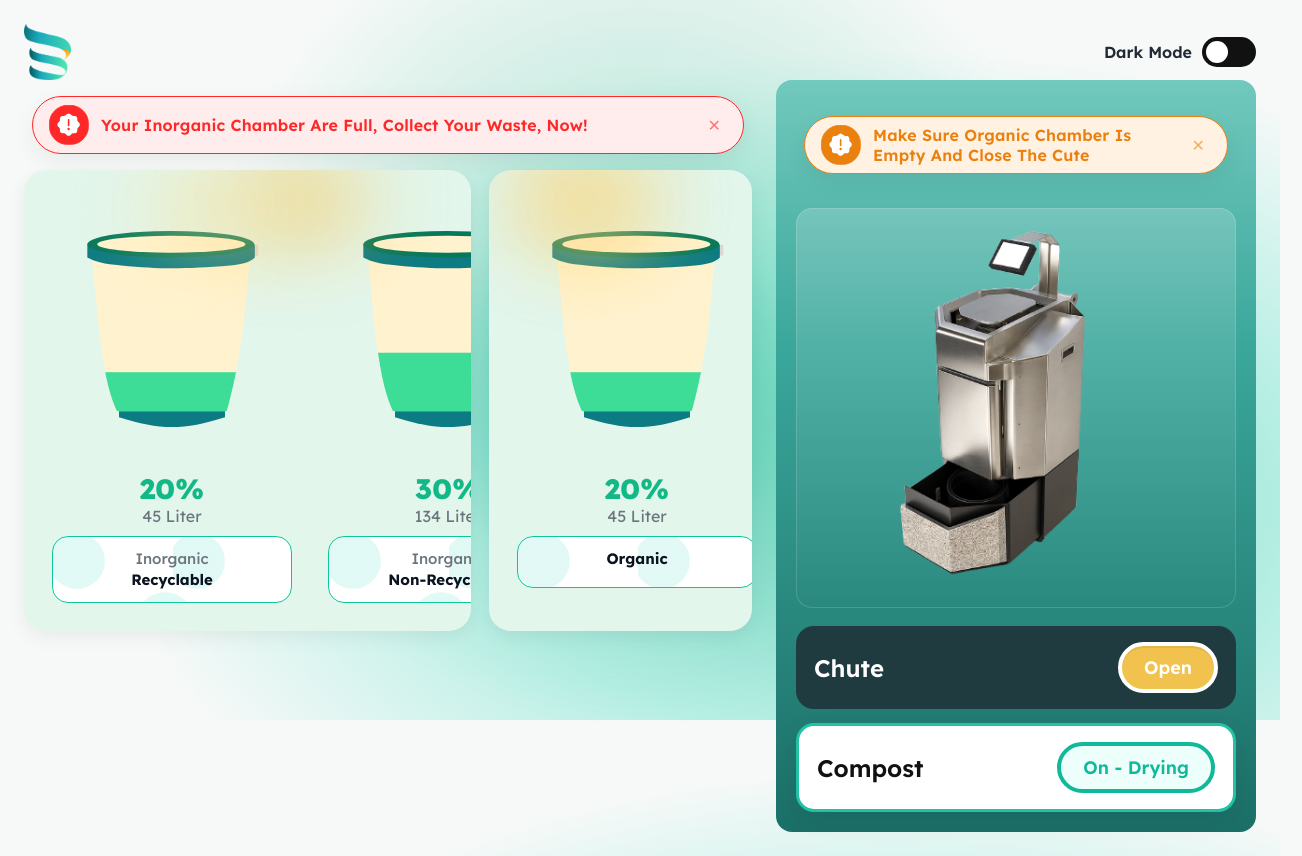
Repository: william-saputra/nusabin
Page: pages/homepage.html
The author's editor kept a copy of each file at every save. The page is drawn from the files as they stood at one save, then again after the next save.
The browser window is 1280 px wide. The page is 1302 px wide, so the pictures cover 1302 px, including what lies to the right of the window. The pictures show the whole page.
Backgrounds fixed to the window are drawn as part of the page.

Above is the page before, as saved 2025-08-13 00:07:12.

### pages/homepage.html
<!DOCTYPE html>
<html lang="en">
  <head>
    <meta charset="UTF-8" />
    <meta name="viewport" content="width=device-width, initial-scale=1.0" />
    <title>Nusabin – Homepage</title>
    <link rel="preconnect" href="https://fonts.googleapis.com" />
    <link rel="preconnect" href="https://fonts.gstatic.com" crossorigin />
    <link href="https://fonts.googleapis.com/css2?family=Lexend:wght@400;500;600;700;800&family=Inter:wght@400;500;600;700;800&display=swap" rel="stylesheet" />
    <link rel="stylesheet" href="../styles/base.css" />
    <link rel="stylesheet" href="../styles/pages/homepage.css" />
  </head>
  <body>
    <div class="homepage no-nav">
      <header class="topbar no-nav">
        <img src="../assets/images/green_logo.png" alt="Nusabin" class="logo no-nav" />
        <div class="spacer no-nav"></div>
        <div class="theme-toggle no-nav">
          <span class="label no-nav">Dark Mode</span>
          <label class="switch no-nav">
            <input id="dark-toggle" class="no-nav" type="checkbox" />
            <span class="slider round no-nav"></span>
          </label>
        </div>
      </header>

      <main class="layout">
        <div class="left-col">
          <section class="alerts no-nav">
            <div class="alert pill no-nav" data-variant="danger" data-alert-id="left-alert">
              <img class="alert-icon" src="../assets/icons/red_alert.svg" alt="alert" width="40" height="40" />
              <div class="text no-nav">Your Inorganic Chamber Are Full, Collect Your Waste, Now!</div>
              <button class="close no-nav" data-dismiss>
                <span class="no-nav">&#10005;</span>
              </button>
            </div>
          </section>
          <div class="left-grid clickable-area" data-navigate>
          <div class="card card-buckets">
            <div class="bucket-group">
              <div class="bucket-item" data-id="inorganic_recyclable">
                <svg class="bucket-svg" viewBox="0 0 197 216" aria-labelledby="title-ir" role="img">
                  <title id="title-ir">Inorganic Recyclable</title>
                  <defs>
                    <clipPath id="cupShape-inorganic_recyclable">
                      <path d="M53.3367 175.048C43.8761 154.841 39.492 126.346 33.0561 49.7143L162.041 52.148C157.42 108.314 153.879 136.877 143.383 175.048C107.592 183.612 87.9058 183.201 53.3367 175.048Z" />
                    </clipPath>
                  </defs>
                  <path d="M53.3367 175.048C43.8761 154.841 39.492 126.346 33.0561 49.7143L162.041 52.148C157.42 108.314 153.879 136.877 143.383 175.048C107.592 183.612 87.9058 183.201 53.3367 175.048Z" fill="#FFF3CF" />
                  <rect id="cupFill-inorganic_recyclable" x="0" y="175" width="197" height="0" clip-path="url(#cupShape-inorganic_recyclable)" />
                  <path d="M55 179.937V175H142V179.937C107.725 190.783 88.6686 190.592 55 179.937Z" fill="#0C7B83" />
                  <rect x="166.097" y="38.3571" width="3.2449" height="8.92347" fill="#D9D9D9" />
                  <path d="M29 48.9031V38.3571H166.503V48.9031C162.244 52.8888 157.731 54.2809 146.222 55.3929C109.605 58.2432 89.8065 58.6723 56.9872 55.3929C42.0852 54.0832 36.1288 52.6188 29 48.9031Z" fill="#0C7B83" />
                  <ellipse cx="97.5485" cy="37.9515" rx="68.5485" ry="10.9515" fill="#08785B" />
                  <ellipse cx="97.9541" cy="37.9515" rx="60.8418" ry="6.89541" fill="#FFF3CF" />
                </svg>
                <div class="bucket-metrics">
                  <div class="percent" data-percent>0%</div>
                  <div class="liter" data-liter>0 Liter</div>
                </div>
                <div class="chip chip-2line"><span>Inorganic</span><strong>Recyclable</strong></div>
              </div>

              <div class="bucket-item" data-id="inorganic_non_recyclable">
                <svg class="bucket-svg" viewBox="0 0 197 216" aria-labelledby="title-inr" role="img">
                  <title id="title-inr">Inorganic <br>Non-Recyclable</title>
                  <defs>
                    <clipPath id="cupShape-inorganic_non_recyclable">
                      <path d="M53.3367 175.048C43.8761 154.841 39.492 126.346 33.0561 49.7143L162.041 52.148C157.42 108.314 153.879 136.877 143.383 175.048C107.592 183.612 87.9058 183.201 53.3367 175.048Z" />
                    </clipPath>
                  </defs>
                  <path d="M53.3367 175.048C43.8761 154.841 39.492 126.346 33.0561 49.7143L162.041 52.148C157.42 108.314 153.879 136.877 143.383 175.048C107.592 183.612 87.9058 183.201 53.3367 175.048Z" fill="#FFF3CF" />
                  <rect id="cupFill-inorganic_non_recyclable" x="0" y="175" width="197" height="0" clip-path="url(#cupShape-inorganic_non_recyclable)" />
                  <path d="M55 179.937V175H142V179.937C107.725 190.783 88.6686 190.592 55 179.937Z" fill="#0C7B83" />
                  <rect x="166.097" y="38.3571" width="3.2449" height="8.92347" fill="#D9D9D9" />
                  <path d="M29 48.9031V38.3571H166.503V48.9031C162.244 52.8888 157.731 54.2809 146.222 55.3929C109.605 58.2432 89.8065 58.6723 56.9872 55.3929C42.0852 54.0832 36.1288 52.6188 29 48.9031Z" fill="#0C7B83" />
                  <ellipse cx="97.5485" cy="37.9515" rx="68.5485" ry="10.9515" fill="#08785B" />
                  <ellipse cx="97.9541" cy="37.9515" rx="60.8418" ry="6.89541" fill="#FFF3CF" />
                </svg>
                <div class="bucket-metrics">
                  <div class="percent" data-percent>0%</div>
                  <div class="liter" data-liter>0 Liter</div>
                </div>
                <div class="chip chip-2line"><span>Inorganic</span><strong>Non-Recyclable</strong></div>
              </div>
            </div>
          </div>

          <div class="card card-bucket-single">
            <div class="bucket-item" data-id="organic">
              <svg class="bucket-svg" viewBox="0 0 197 216" aria-labelledby="title-org" role="img">
                <title id="title-org">Organic</title>
                <defs>
                  <clipPath id="cupShape-organic">
                    <path d="M53.3367 175.048C43.8761 154.841 39.492 126.346 33.0561 49.7143L162.041 52.148C157.42 108.314 153.879 136.877 143.383 175.048C107.592 183.612 87.9058 183.201 53.3367 175.048Z" />
                  </clipPath>
                </defs>
                <path d="M53.3367 175.048C43.8761 154.841 39.492 126.346 33.0561 49.7143L162.041 52.148C157.42 108.314 153.879 136.877 143.383 175.048C107.592 183.612 87.9058 183.201 53.3367 175.048Z" fill="#FFF3CF" />
                <rect id="cupFill-organic" x="0" y="175" width="197" height="0" clip-path="url(#cupShape-organic)" />
                <path d="M55 179.937V175H142V179.937C107.725 190.783 88.6686 190.592 55 179.937Z" fill="#0C7B83" />
                <rect x="166.097" y="38.3571" width="3.2449" height="8.92347" fill="#D9D9D9" />
                <path d="M29 48.9031V38.3571H166.503V48.9031C162.244 52.8888 157.731 54.2809 146.222 55.3929C109.605 58.2432 89.8065 58.6723 56.9872 55.3929C42.0852 54.0832 36.1288 52.6188 29 48.9031Z" fill="#0C7B83" />
                <ellipse cx="97.5485" cy="37.9515" rx="68.5485" ry="10.9515" fill="#08785B" />
                <ellipse cx="97.9541" cy="37.9515" rx="60.8418" ry="6.89541" fill="#FFF3CF" />
              </svg>
              <div class="bucket-metrics">
                <div class="percent" data-percent>0%</div>
                <div class="liter" data-liter>0 Liter</div>
              </div>
              <div class="chip chip-2line"><strong>Organic</strong></div>
            </div>
          </div>
          </div>
        </div>

        <aside class="right-panel">
          <section class="alerts no-nav">
            <div class="alert pill no-nav" data-variant="warning" data-alert-id="right-alert">
              <img class="alert-icon" src="../assets/icons/orange_alert.svg" alt="alert" width="40" height="40" />
              <div class="text no-nav">Make Sure Organic Chamber Is Empty And Close The Cute</div>
              <button class="close no-nav" data-dismiss>
                <span class="no-nav">&#10005;</span>
              </button>
            </div>
          </section>
          <div class="machine-wrapper">
            <img src="../assets/images/machine.png" alt="Machine" class="machine" />
          </div>
          <div class="status-panel no-nav">
            <div class="status-row variant-dark no-nav">
              <div class="label no-nav">Chute</div>
              <div class="status-pill pill-open no-nav">Open</div>
            </div>
            <div class="status-row variant-light no-nav">
              <div class="label no-nav">Compost</div>
              <div class="status-pill pill-on no-nav">On - Drying</div>
            </div>
          </div>
        </aside>
      </main>
      <div class="page-bottom-decor" aria-hidden="true"></div>
    </div>

    <script src="../scripts/theme.js"></script>
    <script src="../scripts/main.js"></script>
  </body>
  </html>

### styles/base.css
:root {
  --bg: #f6f9f8;
  --card: #E2F6EC;
  --text: #0b1220;
  --muted: #6b7280;
  --primary: #1cb59b;
  --danger: #e53935;
  --warning: #ffb74d;
  --ring: rgba(28, 181, 155, 0.35);
}

* { box-sizing: border-box; }
html, body { height: 100%; }
body {
  margin: 0;
  font-family: Lexend, Inter, system-ui, -apple-system, Segoe UI, Roboto, Helvetica, Arial, "Apple Color Emoji", "Segoe UI Emoji";
  color: var(--text);
  background: radial-gradient(1200px 700px at 70% 70%, #7ed8c4 0%, #b8efe5 35%, #f6f9f8 65%) no-repeat fixed;
}

/* Generic layout */
.homepage { padding: 24px; }
.topbar { display: flex; align-items: center; gap: 16px; }
.spacer { flex: 1 1 auto; }
.logo { height: 56px; }

.theme-toggle { display: flex; align-items: center; gap: 10px; font-weight: 600; }
.theme-toggle .label { opacity: 0.9; }

/* Toggle */
.switch { position: relative; display: inline-block; width: 54px; height: 30px; }
.switch input { display: none; }
.slider { position: absolute; cursor: pointer; top: 0; left: 0; right: 0; bottom: 0; background: #111; transition: .2s; border-radius: 999px; }
.slider:before { position: absolute; content: ""; height: 22px; width: 22px; left: 4px; bottom: 4px; background: #fff; transition: .2s; border-radius: 50%; }
input:checked + .slider { background: #cdd2d6; }
input:checked + .slider:before { transform: translateX(24px); }

/* Alerts */
.alerts { display: grid; grid-template-columns: 1fr; gap: 12px; margin: 18px 0; }
.alert { display: grid; grid-template-columns: auto 1fr auto; align-items: center; gap: 12px; padding: 8px 16px; border-radius: 50px; box-shadow: 0 8px 24px rgba(0,0,0,.06); font-family: Lexend, Inter, sans-serif; border: 1px solid currentColor; }
.alert .text { font-weight: 600; letter-spacing: .2px; }
.alert .close { appearance: none; border: 0; background: transparent; cursor: pointer; opacity: 0.6; font-size: 16px; color: inherit; }
.alert.pill[data-variant="danger"] { color: #FF2828; background: #FFECEC; }
.alert.pill[data-variant="warning"] { color: #EA800E; background: #FFF2E3; }
.alert-icon { flex: 0 0 auto; width: 40px; height: 40px; }

/* Align alerts: left and right margins consistent */
.left-col .alerts, .right-panel .alerts { margin: 16px 8px; }

/* Page bottom glow circle */
.page-bottom-decor { position: fixed; left: 50%; bottom: -180px; transform: translateX(-50%); width: 1200px; height: 1200px; border-radius: 50%; background: radial-gradient(closest-side, rgba(18,184,134,0.35), rgba(18,184,134,0) 70%); filter: blur(12px); pointer-events: none; z-index: -1; }

/* Main layout */
.layout { display: grid; grid-template-columns: 1.35fr 480px; gap: 24px; align-items: start; }
.left-col { display: block; }
.left-grid { display: grid; grid-template-columns: 1.7fr 1fr; gap: 18px; }

.card { background: var(--card); border-radius: 22px; padding: 28px; box-shadow: 0 6px 20px rgba(0,0,0,.06); position: relative; overflow: hidden; }
.card::before, .card::after { content: ""; position: absolute; pointer-events: none; border-radius: 50%; filter: blur(40px); opacity: 0.9; }
.card::before { width: 280px; height: 200px; top: -70px; right: 30px; background: radial-gradient(closest-side, rgba(255,189,57,0.85), rgba(255,189,57,0) 70%); }
.card::after  { width: 240px; height: 180px; top: -50px; left: 40%; transform: translateX(-50%); background: radial-gradient(closest-side, rgba(255,225,149,0.85), rgba(255,225,149,0) 70%); }
.card-buckets { display: block; background: #E2F6EC; min-height: 460px; }
.card-bucket-single { display: block; background: #E2F6EC; min-height: 460px; }

.bucket-group { display: grid; grid-template-columns: 1fr 1fr; gap: 36px; justify-items: center; }
.bucket-item { display: grid; justify-items: center; gap: 10px; }
.bucket-svg { width: 100%; max-width: 240px; height: auto; display: block; }
.bucket-static { pointer-events: none; }

.bucket-metrics { text-align: center; }
.bucket-metrics .percent { font-weight: 800; font-size: 28px; color: #12B886; }
.bucket-metrics .percent.danger { color: #F44336; }
.bucket-metrics .liter { color: #6C757D; font-size: 16px; }

.chip { display: inline-flex; flex-direction: column; align-items: center; gap: 4px; padding: 14px 22px; border-radius: 16px; background: #fff; border: 1.5px solid #0DC798; font-size: 22px; line-height: 1.1; min-height: 52px; min-width: 240px; }
.chip span { color: #6C757D; font-weight: 500; }
.chip strong { font-weight: 700; }
.chip-positive strong { color: #12B886; }
.chip-negative strong { color: #F44336; }
.chip {
  background-image: radial-gradient(circle at 20% 20%, rgba(13, 207, 173, 0.12) 0 20%, rgba(13, 207, 173, 0) 21%),
                    radial-gradient(circle at 80% 60%, rgba(13, 207, 173, 0.12) 0 20%, rgba(13, 207, 173, 0) 21%);
  background-size: 120px 120px, 140px 140px;
}

.chip-2line { font-size: 15px; }

.right-panel { display: grid; grid-template-rows: 1fr auto; gap: 18px; }
.right-panel { background: linear-gradient(180deg, #72c9bd 0%, #3ba79b 35%, #1b6f67 100%); padding: 20px; border-radius: 16px; }
.machine-wrapper { display: grid; place-items: center; background: linear-gradient(180deg, rgba(255,255,255,0.18), rgba(255,255,255,0)); border-radius: 16px; min-height: 400px; box-shadow: inset 0 0 0 1px rgba(255,255,255,0.15); }
.machine { max-width: 100%; height: auto; object-fit: contain; transform: scale(1.3); transform-origin: center; }

.status-panel { background: transparent; border-radius: 16px; padding: 0; display: grid; gap: 16px; }
.status-row { display: flex; align-items: center; justify-content: space-between; padding: 16px 18px; border-radius: 18px; }
.status-row .label { font-weight: 600; font-size: 24px; }
.status-row.variant-dark { background: #1f3b3f; color: #ffffff; }
.status-row.variant-light { background: #ffffff; color: #111; border: 3px solid #22c3a4; box-shadow: 0 8px 24px rgba(0,0,0,.08); }
.status-pill { border-radius: 999px; padding: 10px 22px; font-weight: 600; font-size: 18px; }
.pill-open { background: #f1c24e; color: #ffffff; border: 4px solid #ffffff; box-shadow: 0 2px 0 rgba(0,0,0,.06) inset; }
.pill-on { background: #ecfffb; color: #12b89a; border: 4px solid #12b89a; }

.clickable-area { cursor: pointer; }

/* Decorative half-circle with glow on the left bottom */
.left-col { position: relative; }
.left-col::after { content: ""; position: absolute; left: 50%; transform: translateX(-10%); bottom: -40px; width: 560px; height: 560px; border-bottom-left-radius: 560px; border-bottom-right-radius: 560px; border-top-left-radius: 560px; border-top-right-radius: 560px; background: radial-gradient(closest-side, rgba(28,181,155,0.55), rgba(28,181,155,0) 70%); filter: blur(6px); z-index: -1; }
.left-col::before { content: ""; position: absolute; left: 40%; transform: translateX(-50%); bottom: 20px; width: 380px; height: 220px; border-radius: 380px 380px 0 0; background: radial-gradient(closest-side, rgba(60,220,178,0.7), rgba(60,220,178,0) 70%); filter: blur(20px); z-index: -1; }

/* Dark mode */
.dark body, body.dark { background: radial-gradient(1200px 700px at 70% 70%, #0e3c3b 0%, #0f6b61 35%, #071b1a 65%); color: #e5f6f1; }
body.dark .card, body.dark .status-panel { background: #0a1414; color: #e6f5f1; }
body.dark .chip { background: #08201c; border-color: #0f3f36; }
body.dark .bucket-metrics .percent { color: #55e3c7; }
body.dark .status-row { background: #051010; }
body.dark .status-pill { background: #0b2a26; }

/* Utilities for specific wrappers that shouldn't navigate */
.no-nav { pointer-events: auto; }

@media (max-width: 1100px) {
  .layout { grid-template-columns: 1fr; }
  .right-panel { order: -1; }
}

### styles/pages/homepage.css
/* Page-specific fine-tuning for Homepage */
.homepage .card-buckets { background: #E2F6EC; }
.homepage .card-bucket-single { background: #E2F6EC; }

.homepage .bucket-item .bucket { filter: drop-shadow(0 10px 24px rgba(0,0,0,.08)); }
.homepage .bucket-item .percent { letter-spacing: .3px; }

.right-panel .status-panel { gap: 14px; }

@media (max-width: 1100px) {
  .homepage .bucket-svg { max-width: 180px; }
}

### scripts/theme.js
(function () {
  const toggle = document.getElementById('dark-toggle');
  if (!toggle) return;

  const apply = (isDark) => {
    document.body.classList.toggle('dark', isDark);
    try { localStorage.setItem('theme-dark', isDark ? '1' : '0'); } catch (_) {}
  };

  // Restore previous preference
  let stored = null;
  try { stored = localStorage.getItem('theme-dark'); } catch (_) {}
  apply(stored === '1');
  toggle.checked = stored === '1';

  toggle.addEventListener('change', () => apply(toggle.checked));
})();

### scripts/main.js
(function () {
  const root = document;

  // Navigate to detail when clicking anywhere on the left grid
  const clickable = root.querySelector('.clickable-area');
  if (clickable) {
    clickable.addEventListener('click', function (ev) {
      const target = ev.target;
      if (target && (target.closest('[data-dismiss]') || target.closest('.switch') || target.closest('.status-panel') || target.closest('.alerts'))) return;
      window.location.href = '../pages/detail.html';
    });
  }

  // Close alert buttons
  root.querySelectorAll('[data-dismiss]').forEach((btn) => {
    btn.addEventListener('click', (e) => {
      e.stopPropagation();
      const alert = btn.closest('.alert');
      if (alert) alert.remove();
    });
  });

  // Example: programmatic update of alert colors (kept for future use)
  function setAlertVariant(id, variant) {
    const el = root.querySelector('[data-alert-id="' + id + '"]');
    if (!el) return;
    el.setAttribute('data-variant', variant);
    const rect = el.querySelector('g > rect');
    if (rect) rect.setAttribute('fill', variant === 'danger' ? '#FF2828' : '#EA800E');
  }

  // Data dummy hardcoded
  const data = {
    inorganic_recyclable: { level: 20, volume: 45 },
    inorganic_non_recyclable: { level: 30, volume: 134 },
    organic: { level: 20, volume: 45 }
  };

  // Update function per spec
  function updateFill(binId, percent, volumeLiters) {
    const rect = root.getElementById('cupFill-' + binId);
    if (!rect) return;
    // Using actual bucket.svg coordinates: baseY aligns with ~175 (bottom of cup path), contentHeight approximated to inner cup height
    const contentHeight = 160; // adjustable based on real cup inner height
    const baseY = 175;
    const p = Math.max(0, Math.min(100, percent));
    const newHeight = (p / 100) * contentHeight;
    const newY = baseY - newHeight;
    rect.setAttribute('height', String(newHeight));
    rect.setAttribute('y', String(newY));
    rect.setAttribute('fill', p >= 70 ? '#F04438' : '#3DDC97');

    const item = root.querySelector('.bucket-item[data-id="' + binId + '"]');
    if (!item) return;
    const percentEl = item.querySelector('[data-percent]');
    const literEl = item.querySelector('[data-liter]');
    if (percentEl) {
      percentEl.textContent = p + '%';
      percentEl.classList.toggle('danger', p >= 70);
    }
    if (literEl) literEl.textContent = volumeLiters + ' Liter';
  }

  // Initialize
  Object.entries(data).forEach(([id, val]) => {
    updateFill(id, val.level, val.volume);
  });
})();

After the next save:
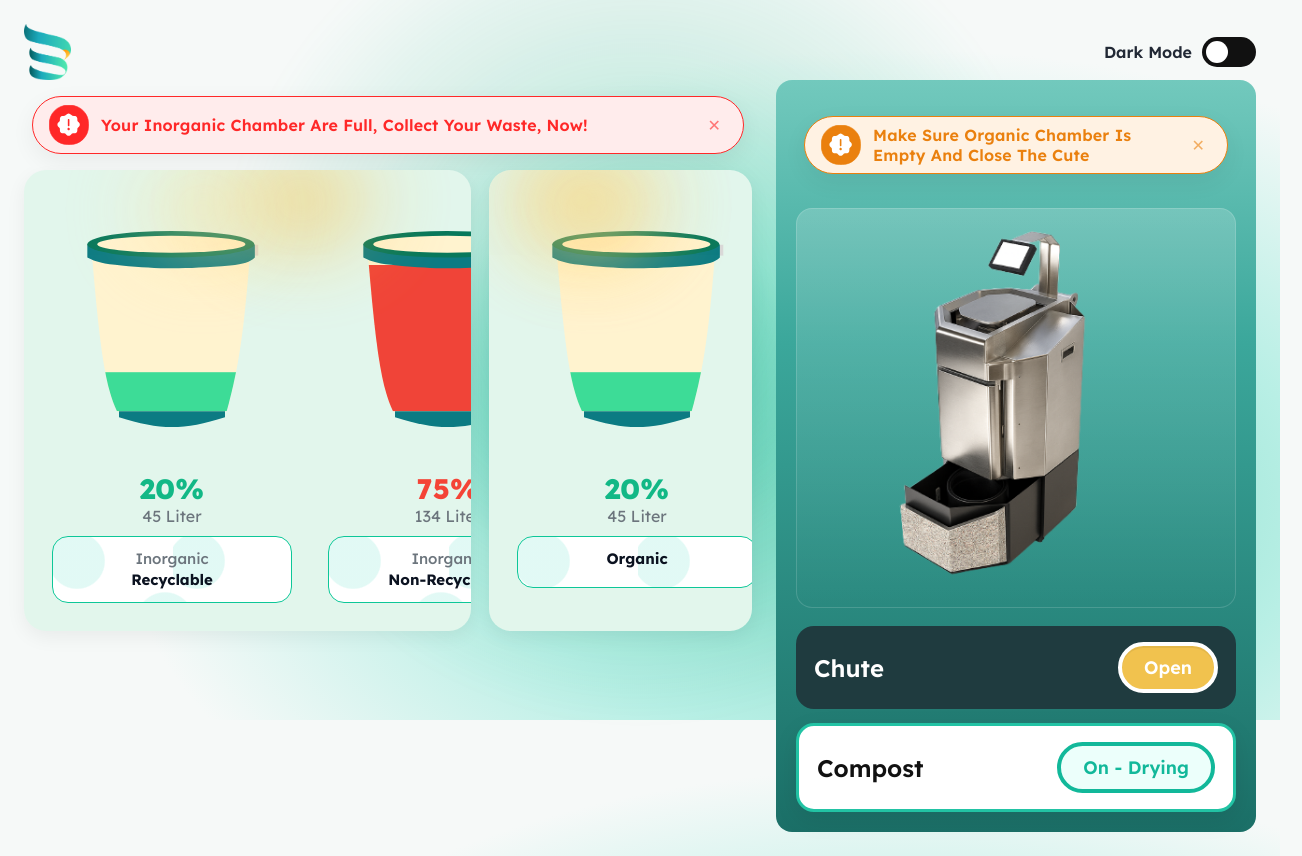
Saved 39 s later.
--- a/scripts/main.js
+++ b/scripts/main.js
@@ -32,7 +32,7 @@
   // Data dummy hardcoded
   const data = {
     inorganic_recyclable: { level: 20, volume: 45 },
-    inorganic_non_recyclable: { level: 30, volume: 134 },
+    inorganic_non_recyclable: { level: 75, volume: 134 },
     organic: { level: 20, volume: 45 }
   };
 
